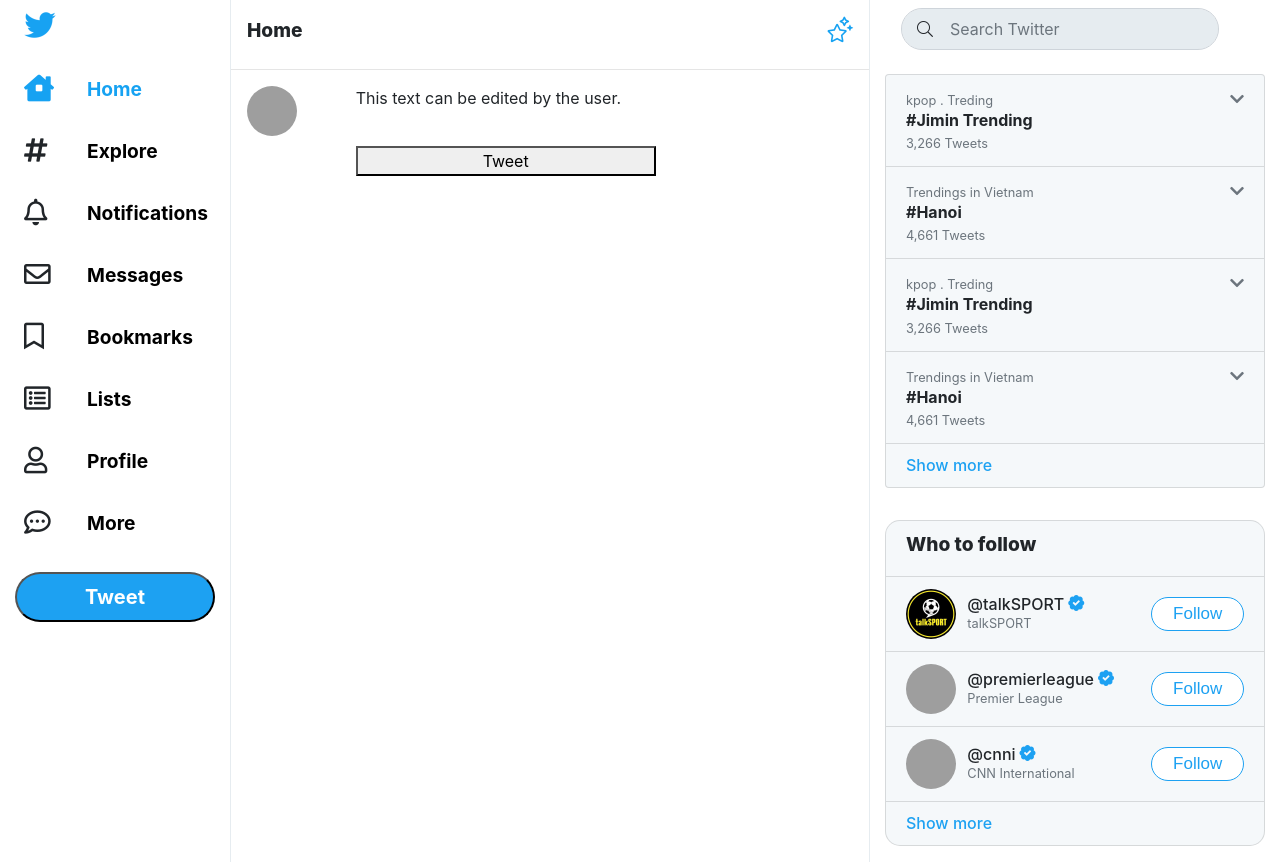
Repository: tts2610/Twitter-clone
Page: index.html
An editor plug-in stored every save of this project. The page is shown before and after the next save, followed by the edit.
The browser window is 1280 px wide. The pictures show the whole page.
Pictures or frames that could not be fetched are drawn as grey boxes.

Above is the page before, as saved 2020-05-23 16:09:57.

After the next save:
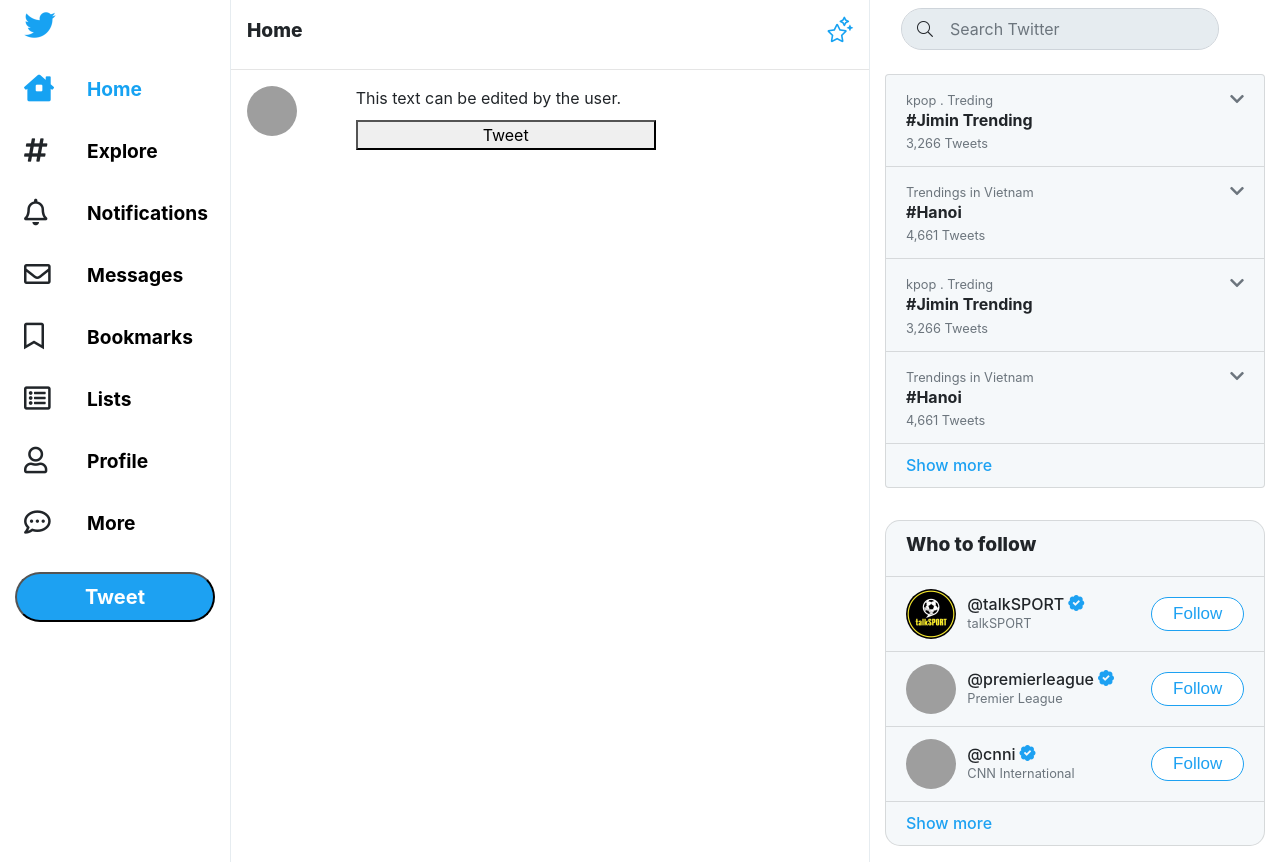
Saved 17 s later.
--- a/css/style.css
+++ b/css/style.css
@@ -169,11 +169,6 @@
     text-align: center;
 }
 
-#tweetArea {
-    width: max-content;
-    height: 50px;
-}
-
 #tweetBtn {
     margin-top: 10px;
     width: 300px;
